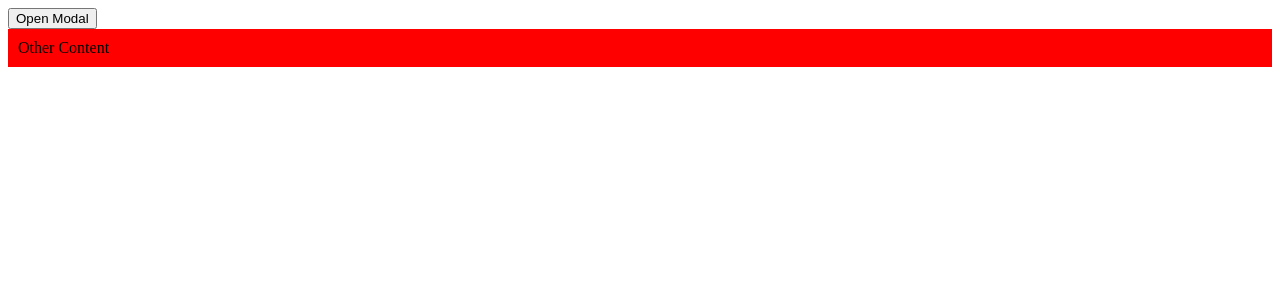
Repository: devogi/myFirstReactPortal
Page: /
These files come from the project's save history. The page is drawn as it stood at one moment and after a run of saves; the edit follows.
The browser window is 1280 px wide. The pictures show the whole page.
The project was rebuilt for these pictures with package versions that can differ from the ones it lists, and the page was loaded fresh each time.

Above is the page before, as saved 2022-03-16 14:13:41.

### src/App.js
import React, { useState } from "react";
import Modal from "./Modal";

const BUTTON_WRAPPER_STYLES = {
  position: "relative",
  zIndex: "1",
};

const OTHER_CONTENT_STYLES = {
  position: "relative",
  zIndex: "2",
  backgroundColor: "red",
  padding: "10px",
};

function App() {
  const [isOpen, setIsOpen] = useState(false);
  return (
    <>
      <div style={BUTTON_WRAPPER_STYLES}>
        <button onClick={() => setIsOpen(true)}>Open Modal </button>
        <Modal>

        </Modal>
      </div>
      <div style={OTHER_CONTENT_STYLES}>Other Content</div>
    </>
  );
}

export default App;

### src/Modal.js
import React from "react";

const MODAL_STYLES = {
  position: "fixed",
  top: "%50",
  left: "%50",
  tranform: "translate(-50%, -50%)",
  zIndex: 1000,
  backgroundColor: "#FFF",
  padding: "50px",
};

export default function Modal({children}) {
  return <div>{children}</div>;
}

Loaded but not shown: public/index.html (common file); src/index.js (common file)

After the next 2 saves:
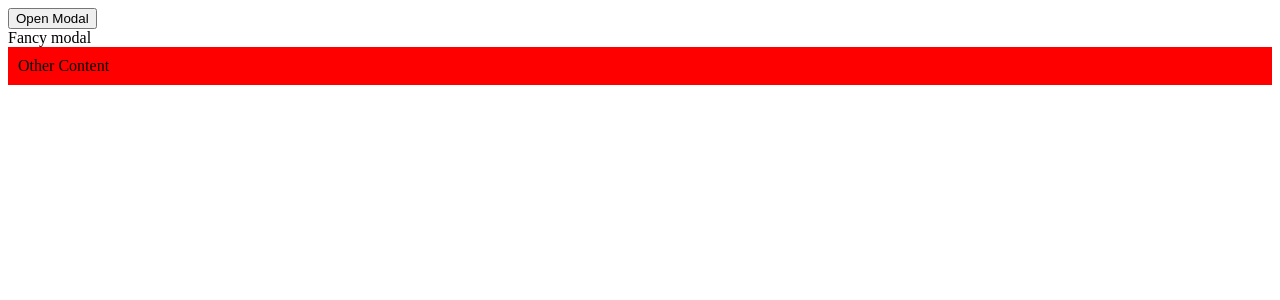
The 2 saves are shown as one change because they came seconds apart.
The last was saved 7 s later.
--- a/src/App.js
+++ b/src/App.js
@@ -20,7 +20,7 @@ function App() {
       <div style={BUTTON_WRAPPER_STYLES}>
         <button onClick={() => setIsOpen(true)}>Open Modal </button>
         <Modal>
-
+          Fancy modal
         </Modal>
       </div>
       <div style={OTHER_CONTENT_STYLES}>Other Content</div>
